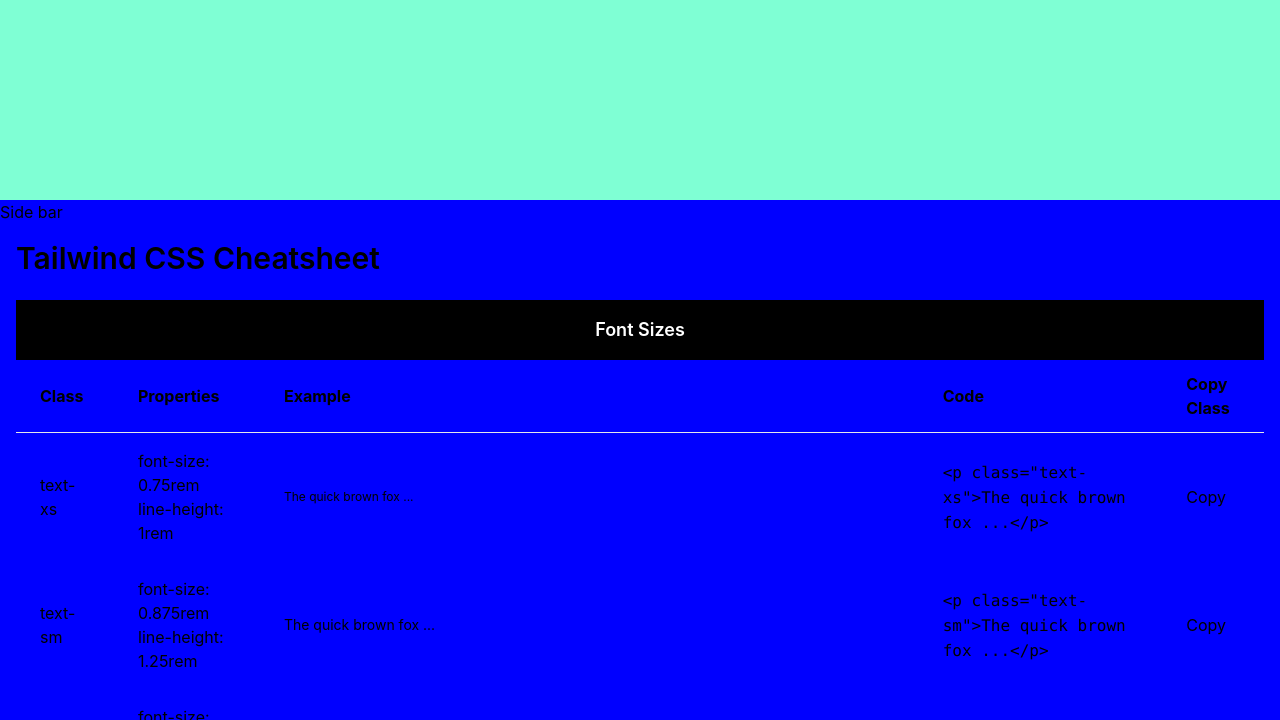
Repository: Coralee-Long/react-bits
Page: /tailwind-cheatsheet
These files come from the project's save history. The page is drawn as it stood at one moment and after a run of saves; the edit follows.
The browser window is 1280 px wide. The pictures show the whole page.
An inner scrolling area shows only its first screen. The project was rebuilt for these pictures with package versions that can differ from the ones it lists, and the page was loaded fresh each time. Also part of the build but not shown: src/pages/HomePage.js, src/pages/ContactPage.js, src/pages/VideoGeneratorPage.js, src/pages/ChatGptPage.js, src/components/projects/Comparator/data/productsData.js, src/components/projects/Comparator/components/ComparatorPresenter.js, src/pages/ComparatorPage.js, src/pages/Contentful.js.

Above is the page before, as saved 2024-02-09 16:16:09.

### src/index.css
@tailwind base;
@tailwind components;
@tailwind utilities;

html,
body {
  font-family: -apple-system, BlinkMacSystemFont, 'Segoe UI', 'Roboto', 'Oxygen',
    'Ubuntu', 'Cantarell', 'Fira Sans', 'Droid Sans', 'Helvetica Neue',
    sans-serif;
  -webkit-font-smoothing: antialiased;
  -moz-osx-font-smoothing: grayscale;
  height: 100%;
  width: 100%;
  margin: 0;
  padding: 0;
  overflow-x: hidden; /* Prevents horizontal scroll */
  box-sizing: border-box;
}

#root {
  height: 100%;
}

### src/App.js
import { BrowserRouter as Router } from 'react-router-dom';
import AppRoutes from './routes/AppRoutes';
import Header from './layout/Header/Header';
import Footer from './layout/Footer/Footer';
import './App.css';

const App = () => {
  return (
    <div className="app-container">
      <Header />
      <main>
        <Router>
          <AppRoutes />
        </Router>
      </main>
      <Footer />
    </div>
  );
};

export default App;

### src/routes/AppRoutes.js
import { Routes, Route } from 'react-router-dom';
import HomePage from '../pages/HomePage.js';
import ContactPage from '../pages/ContactPage';
import TaiwindCheatsheetPage from '../pages/TailwindCheatsheetPage.js';
import VideoGeneratorPage from '../pages/VideoGeneratorPage.js';
import ChatGptPage from '../pages/ChatGptPage.js';
import ComparatorPage from '../pages/ComparatorPage.js';
import ContentfulPage from '../pages/Contentful.js';

const AppRoutes = () => {
  return (
    <Routes>
      <Route path="/" element={<HomePage />} />
      <Route path="/contact" element={<ContactPage />} />
      <Route path="/tailwind-cheatsheet" element={<TaiwindCheatsheetPage />} />
      <Route path="/video" element={<VideoGeneratorPage />} />
      <Route path="/chatgpt" element={<ChatGptPage />} />
      <Route path="/comparator" element={<ComparatorPage />} />
      <Route path="/contentful" element={<ContentfulPage />} />
    </Routes>
  );
};

export default AppRoutes;

### src/layout/Header/Header.js
import { Dropdown } from '../../components/commons/DropDown/Dropdown';

const Header = () => {
  return (
    <header>
      <Dropdown />
    </header>
  );
};
export default Header;

### src/layout/Footer/Footer.js
const Footer = () => {
  return (
    <footer>
      <h1>Footer</h1>
    </footer>
  );
};
export default Footer;

### src/App.css
.app-container {
  display: flex;
  flex-direction: column;
  min-height: 100vh;
  background-color: brown;
}

main {
  flex-grow: 1;
  width: 100%;
  background-color: blue;
}

header {
  background-color: aquamarine;
  height: 200px;
  width: 100%;
}

footer {
  background-color: blueviolet;
  height: 100px;
  width: 100%;
}

### src/pages/TailwindCheatsheetPage.js
import TailwindGrid from '../components/projects/TailwindCheatsheet/components/TailwindGrid';
import { tailwindData } from '../components/projects/TailwindCheatsheet/data/tailwindData';
import SideNavBar from '../components/navigation/SideNavBar';

const TaiwindCheatsheetPage = () => {
  return (
    <>
      <aside>
        <SideNavBar />
      </aside>
      <div className="container mx-auto p-4">
        <h1 className="text-3xl font-semibold mb-6">Tailwind CSS Cheatsheet</h1>
        <TailwindGrid data={tailwindData} />
      </div>
    </>
  );
};

export default TaiwindCheatsheetPage;

### src/components/commons/DropDown/Dropdown.js
import { Link } from 'react-router-dom';
import pages from '../../../utils/pagesRegistry';

export const Dropdown = () => {
  return (
    <div className="dropdown">
      {/* <ul>
        {pages.map((page) => (
          <li key={page.name}>
            <Link to={page.path}>{page.name}</Link>
          </li>
        ))}
      </ul> */}
    </div>
  );
};

### src/components/projects/TailwindCheatsheet/components/TailwindGrid.js
import React from 'react';
import { copyToClipboard } from './TailwindGrid.utils';

function TailwindGrid({ data }) {
  console.log(data);
  return (
    <table className="min-w-full divide-y divide-gray-200">
      {data.map((sectionData) => (
        <React.Fragment key={sectionData.section}>
          <thead>
            <tr>
              <th
                colSpan="5"
                className="py-4 px-6 bg-black text-white text-lg font-semibold"
              >
                {sectionData.section}
              </th>
            </tr>
            <tr>
              <th className="py-3 px-6 text-left">Class</th>
              <th className="py-3 px-6 text-left">Properties</th>
              <th className="py-3 px-6 text-left">Example</th>
              <th className="py-3 px-6 text-left">Code</th>
              <th className="py-3 px-6 text-left">Copy Class</th>
            </tr>
          </thead>
          <tbody>
            {sectionData.items.map((item) => (
              <tr key={item.class}>
                <td className="py-4 px-6">{item.class}</td>
                <td className="py-4 px-6">
                  <ul>
                    {Object.entries(item.properties).map(([key, value]) => (
                      <li key={key}>{`${key}: ${value}`}</li>
                    ))}
                  </ul>
                </td>
                <td className="py-4 px-6">
                  <p className={`text-black ${item.class}`}>
                    The quick brown fox ...
                  </p>
                </td>
                <td className="py-4 px-6">
                  <code>{`<p class="${item.class}">The quick brown fox ...</p>`}</code>
                </td>
                <td className="py-4 px-6">
                  <button onClick={() => copyToClipboard(item.class)}>
                    Copy
                  </button>
                </td>
              </tr>
            ))}
          </tbody>
        </React.Fragment>
      ))}
    </table>
  );
}

export default TailwindGrid;

### src/components/projects/TailwindCheatsheet/data/tailwindData.js
export const tailwindData = [
  {
    section: 'Font Sizes',
    items: [
      {
        class: 'text-xs',
        properties: {
          'font-size': '0.75rem',
          'line-height': '1rem',
        },
      },
      {
        class: 'text-sm',
        properties: {
          'font-size': '0.875rem',
          'line-height': '1.25rem',
        },
      },
      {
        class: 'text-base',
        properties: {
          'font-size': '1rem',
          'line-height': '1.5rem',
        },
      },
      {
        class: 'text-lg',
        properties: {
          'font-size': '1.125rem',
          'line-height': '1.75rem',
        },
      },
      {
        class: 'text-xl',
        properties: {
          'font-size': '1.25rem',
          'line-height': '1.75rem',
        },
      },
      {
        class: 'text-2xl',
        properties: {
          'font-size': '1.5rem',
          'line-height': '2rem',
        },
      },
      {
        class: 'text-3xl',
        properties: {
          'font-size': '1.875rem',
          'line-height': '2.25rem',
        },
      },
      {
        class: 'text-4xl',
        properties: {
          'font-size': '2.25rem',
          'line-height': '2.5rem',
        },
      },
      {
        class: 'text-5xl',
        properties: {
          'font-size': '3rem',
          'line-height': '1',
        },
      },
      {
        class: 'text-6xl',
        properties: {
          'font-size': '3.75rem',
          'line-height': '1',
        },
      },
      {
        class: 'text-7xl',
        properties: {
          'font-size': '4.5rem',
          'line-height': '1',
        },
      },
      {
        class: 'text-8xl',
        properties: {
          'font-size': '6rem',
          'line-height': '1',
        },
      },
      {
        class: 'text-9xl',
        properties: {
          'font-size': '8rem',
          'line-height': '1',
        },
      },
    ],
  },
];

### src/components/navigation/SideNavBar.js
export const SideNavBar = () => {
  return (
    <div>
      <p>Side bar</p>
    </div>
  );
};
export default SideNavBar;

### src/utils/pagesRegistry.js
const pages = [
  { name: 'ChatGpt', path: '/chatgpt' },
  { name: 'Contact', path: '/contact' },
  { name: 'Contentful', path: '/contentful' },
  { name: 'VideoGenerator', path: '/video' },
  { name: 'TaiwindCheatsheet', path: '/tailwind-cheatsheet' },
  { name: 'Comparator', path: '/comparator' },
  { name: 'Contentful', path: '/contentful' },
];

export default pages;

### src/components/projects/TailwindCheatsheet/components/TailwindGrid.utils.js
export const copyToClipboard = (text) => {
  // Create a temporary textarea element to hold the text to be copied
  const textarea = document.createElement('textarea');
  textarea.value = text;

  // Append the textarea to the document
  document.body.appendChild(textarea);

  // Select the text in the textarea
  textarea.select();
  textarea.setSelectionRange(0, 99999); // For mobile devices

  // Copy the selected text to the clipboard
  document.execCommand('copy');

  // Remove the temporary textarea from the document
  document.body.removeChild(textarea);

  // Optionally, provide user feedback (e.g., tooltip or message)
  alert(`Copied: ${text}`);
};

### tailwind.config.js
/** @type {import('tailwindcss').Config} */
module.exports = {
  purge: ['./src/**/*.{js,jsx,ts,tsx}', './public/index.html'],
  darkMode: false, // or 'media' or 'class'
  theme: {
    extend: {
      boxShadow: {
        custom:
          'inset -4px -4px 6px -1px rgba(255, 255, 255, 1), inset 2px 2px 8px -1px rgba(72, 79, 96, 0.5)',
      },
    },
  },
  variants: {
    extend: {},
  },
  plugins: [],
};

Loaded but not shown: public/index.html (common file); src/index.js (common file); src/reportWebVitals.js (common file)

After the next 4 saves:
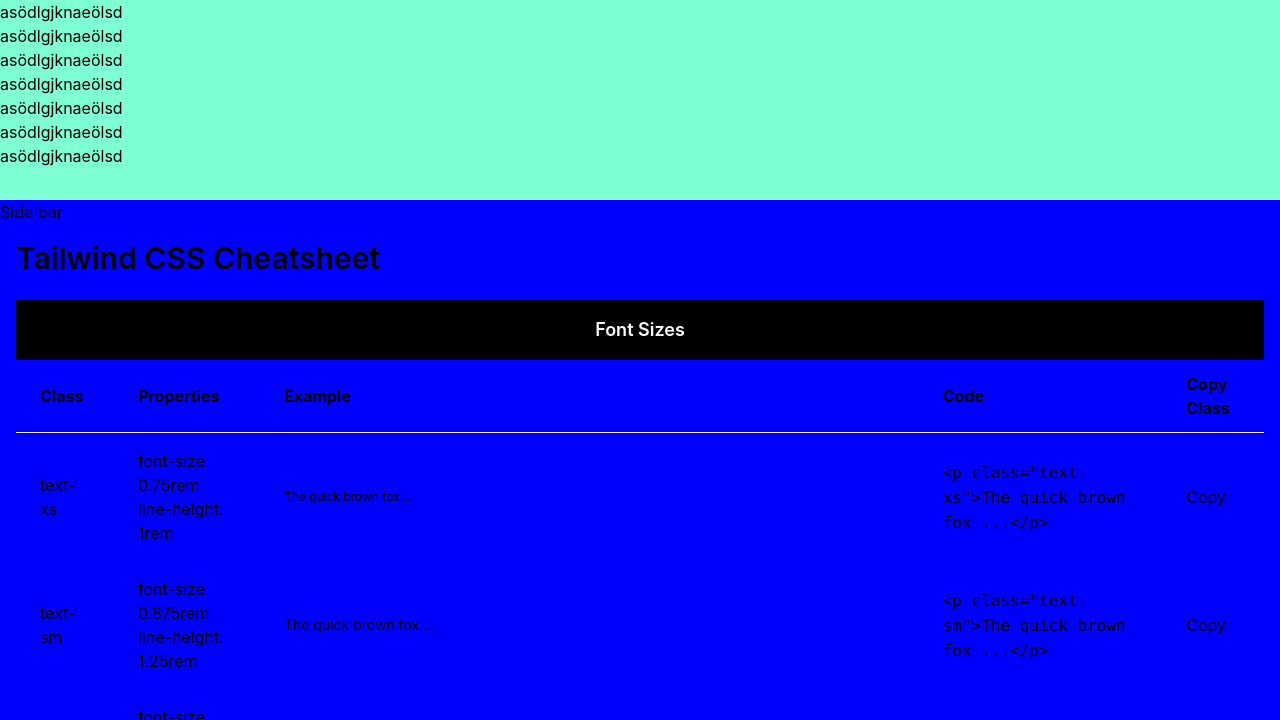
The 4 saves are shown as one change because 1 did not build or start and some came seconds apart.
The last was saved 60 s later.
--- a/src/components/commons/DropDown/Dropdown.js
+++ b/src/components/commons/DropDown/Dropdown.js
@@ -4,13 +4,14 @@
 export const Dropdown = () => {
   return (
     <div className="dropdown">
-      {/* <ul>
+      <ul>
         {pages.map((page) => (
           <li key={page.name}>
-            <Link to={page.path}>{page.name}</Link>
+            asödlgjknaeölsd
+            {/* <Link to={page.path}>{page.name}</Link> */}
           </li>
         ))}
-      </ul> */}
+      </ul>
     </div>
   );
 };

After the 2 saves that followed:
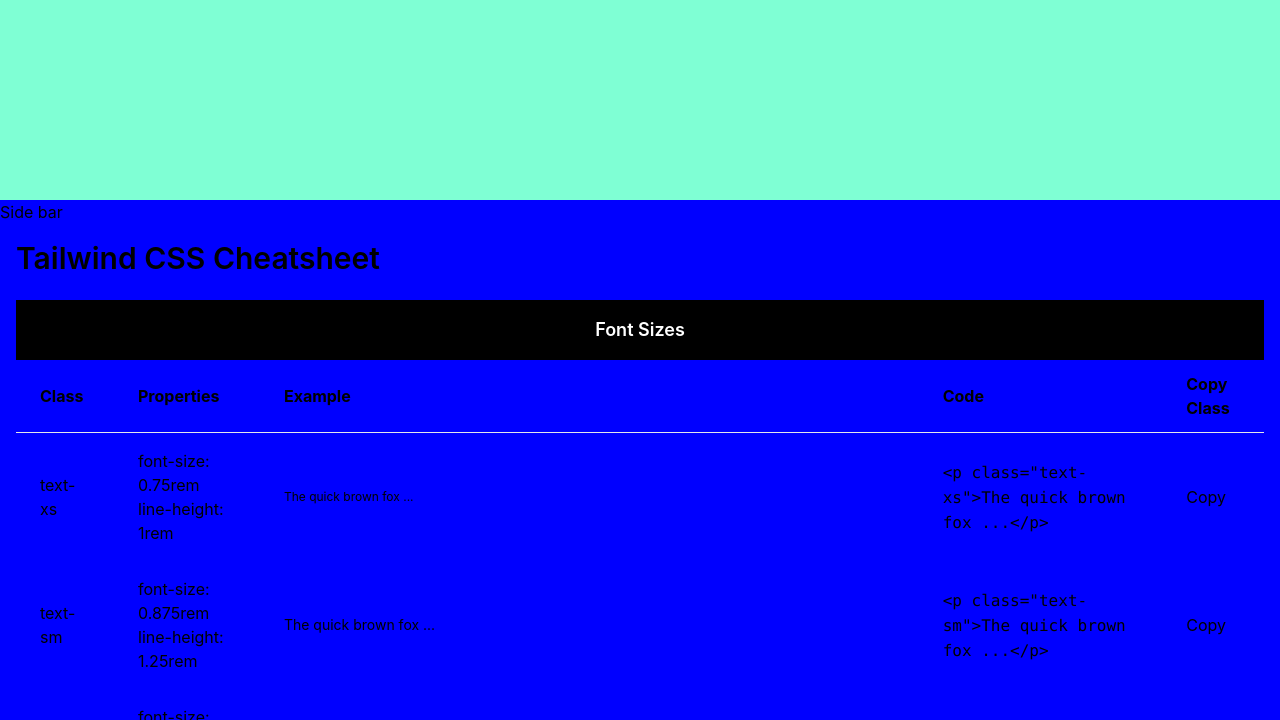
The 2 saves are shown as one change because 1 did not build or start.
The last was saved 17 s later.
--- a/src/components/commons/DropDown/Dropdown.js
+++ b/src/components/commons/DropDown/Dropdown.js
@@ -7,7 +7,6 @@
       <ul>
         {pages.map((page) => (
           <li key={page.name}>
-            asödlgjknaeölsd
             {/* <Link to={page.path}>{page.name}</Link> */}
           </li>
         ))}
